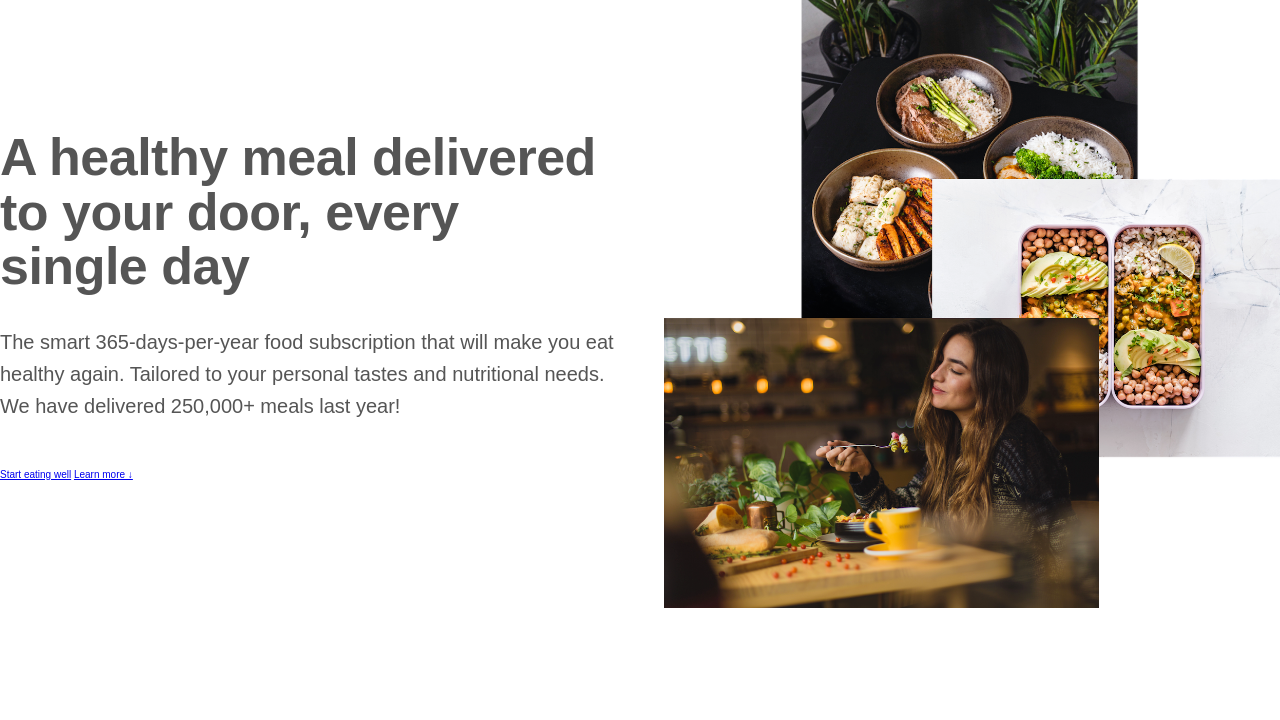
Repository: WefsCao/Omnifood
Page: index.html
The author's editor kept a copy of each file at every save. The page is drawn from the files as they stood at one save, then again after the next save.
The browser window is 1280 px wide. The pictures show the whole page.

Above is the page before, as saved 2022-06-04 12:38:31.

### index.html
<!DOCTYPE html>
<html lang="en">
  <head>
    <meta charset="UTF-8" />
    <meta http-equiv="X-UA-Compatible" content="IE=edge" />
    <meta name="viewport" content="width=device-width, initial-scale=1.0" />
    <!-- <link
      href="https://fonts.googleapis.com/css2?wght@400;500;600;700&display=swap"
      rel="stylesheet"
    /> -->
    <link rel="stylesheet" href="./css/style.css" />
    <title>Omnifood</title>
  </head>
  <body>
    <section class="section-hero">
      <div class="hero">
        <div class="hero-text-box">
          <h1 class="heading-primary">
            A healthy meal delivered to your door, every single day
          </h1>
          <p class="hero-description">
            The smart 365-days-per-year food subscription that will make you eat
            healthy again. Tailored to your personal tastes and nutritional
            needs. We have delivered 250,000+ meals last year!
          </p>
          <a href="#">Start eating well</a>
          <a href="#">Learn more &darr;</a>
        </div>
        <div class="hero-img-box">
          <img src="img/hero.png" alt="Hero of image" class="hero-img" />
        </div>
      </div>
    </section>
  </body>
</html>

### css/style.css
/*
--- 01 TYPOGRAPHY
- Font size system (px)
    10 / 12 / 14 / 16 / 18 / 20 / 24 / 30 / 36 / 44 / 52 / 62 / 74 / 86 / 98

- Font weights:
Default: 400

- Line heights:
Default: 1


--- 02 COLOR

- Primary: #e67e22
- Tints: #fdf2e9
- Shades: #cf711f
- Accents:
- Grey:
 #555
 #333

 --- 05 SHADOW

 --- 06 BORDER RADIUS

 --- 07 WHITE SPACES
 - Spacint system (px)
 2 / 4 / 8 / 12 / 16 / 24 / 32 / 48 / 64 / 80 / 96 / 128
*/
html {
  font-size: 62.5%;
}
* {
  margin: 0;
  padding: 0;
  box-sizing: border-box;
}
body {
  font-family: sans-serif;
  color: #555;
  font-weight: 400;
  line-height: 1;
}

.hero {
  display: grid;
  grid-template-columns: 1fr 1fr;
  gap: 4.8rem;
  align-items: center;
  max-width: 130rem;
  margin: 0 auto;
}
.heading-primary {
  font-size: 5.2rem;
  line-height: 1.05;
  font-weight: 700;
  letter-spacing: -0.5px;
  margin-bottom: 3.2rem;
}
.hero-description {
  font-size: 2rem;
  line-height: 1.6;
  margin-bottom: 4.8rem;
}
.hero-img {
  width: 100%;
}

After the next save:
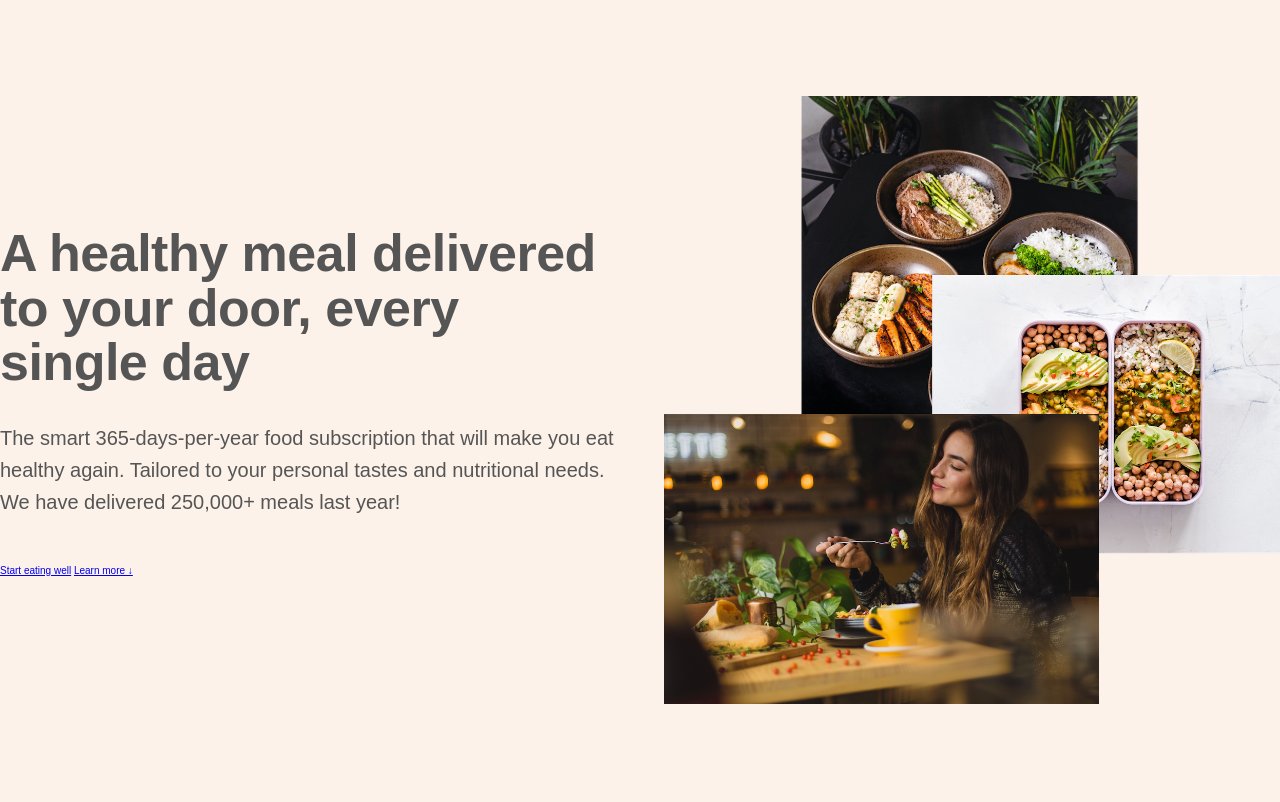
Saved 52 s later.
--- a/css/style.css
+++ b/css/style.css
@@ -42,6 +42,10 @@
   font-weight: 400;
   line-height: 1;
 }
+.section-hero {
+  background-color: #fdf2e9;
+  padding: 9.6rem 0;
+}
 
 .hero {
   display: grid;
